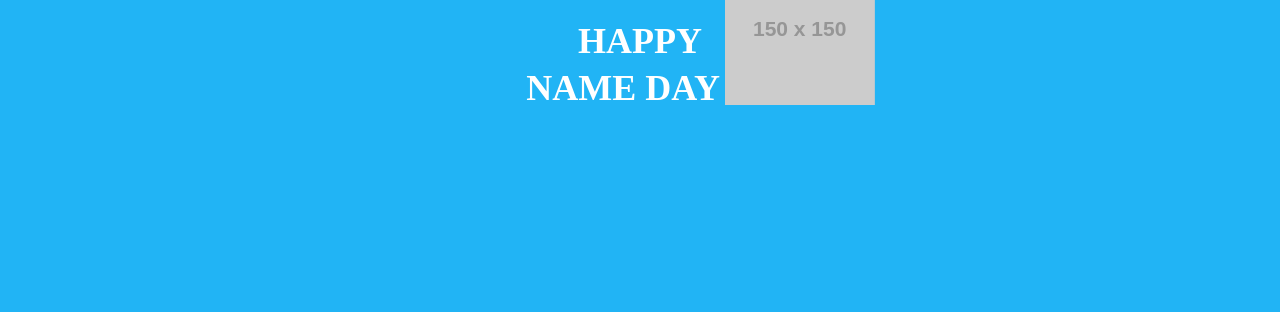
Repository: naps00/BIRTHDAY
Page: /details
The author's editor kept a copy of each file at every save. The page is drawn from the files as they stood at one save, then again after the next save.
The browser window is 1280 px wide. The pictures show the whole page.
The project was rebuilt for these pictures with package versions that can differ from the ones it lists, and the page was loaded fresh each time.

Above is the page before, as saved 2024-12-12 04:08:21.

### src/App.js
import React, { useState } from 'react';
import { BrowserRouter as Router, Route, Routes, Link } from 'react-router-dom';
import './App.css';
import Details from './details.js'; // นำเข้า Details.js

function Home() {
  const [showModal, setShowModal] = useState(false);

  // เมื่อวีดีโอจบ ให้แสดง modal
  const handleVideoEnd = () => {
    setShowModal(true);
  };

  return (
    <div className="App">
      <div className="container">
        <div className="text-section" style={{ flex: 1, display: 'flex', flexDirection: 'column', justifyContent: 'center', alignItems: 'center', textAlign: 'center', height: '100vh', color: 'black', fontSize: 'calc(3vw + 0vh)', fontWeight: 'bold' }}>
          <h2>HAPPY BIRTHDAY !!</h2>
          <p>MY LOVE ♡ </p>
          <img src="https://img2.pic.in.th/pic/fc8c0bdfae313c2ffd700a21b05915d6-removebg-preview.png" alt="Happy Birthday Decoration" style={{width: '200px', height: '200PX' }} />
        </div>

        <div className="video-section">
          <video
            className="video-player"
            controls
            onEnded={handleVideoEnd}
          >
            <source src="https://v1.pinimg.com/videos/mc/720p/3d/2a/3c/3d2a3ca4078af4f14258938781ed5f8e.mp4" type="video/mp4" />
            Your browser does not support the video tag.
          </video>
        </div>
      </div>

      {/* Modal */}
      {showModal && (
        <div className="modal-backdrop">
          <div className="modal-content">
            <h2>Are you ready?</h2>
            {/* เปลี่ยนปุ่ม "ปิด" ให้เป็นลิงค์ไปยังหน้า /details */}
            <Link to="/details">
              <button className="pulse">GO !!</button>
            </Link>
          </div>
        </div>
      )}

      {/* เพิ่มอิโมจิที่วิ้งๆ */}
      <div className="emoji">🌟</div>
      <div className="emoji2">✨</div>
      <div className="emoji3">💕</div>

    </div>
  );
}

function App() {
  return (
    <Router>
      <Routes>
        <Route path="/" element={<Home />} />
        <Route path="/details" element={<Details />} /> {/* เพิ่มเส้นทางสำหรับหน้า /details */}
      </Routes>
    </Router>
  );
}

export default App;

### src/App.css
/* การจัด layout ของแอปพลิเคชัน */
.App {
  background-color: white;
  min-height: 100vh;
  display: flex;
  justify-content: center;
  align-items: center;
}

/* ส่วนที่ใช้จัด layout */
.container {
  display: flex;
  flex-direction: row; /* แบ่งพื้นที่ออกเป็น 2 ส่วน */
  width: 100%;
  height: 100vh;
}

/* ส่วนข้อความ */
.text-section {
  flex: 1;
  display: flex;
  flex-direction: column;
  justify-content: center;
  align-items: center;
  padding: 20px;
  background-color: #f9f9f9;
}

.text-section h1 {
  margin-bottom: 20px;
}

/* ส่วนวีดีโอ */
.video-section {
  flex: 1;
  display: flex;
  justify-content: center;
  align-items: center;
  background-color: #000;
}

.video-player {
  width: 100%; /* ให้วีดีโอเต็มความกว้าง */
  height: 100%; /* ให้วีดีโอเต็มความสูง */
  object-fit: cover; /* ปรับวีดีโอให้เต็มพื้นที่โดยไม่เสียสัดส่วน */

/* การแสดง modal */
}
.modal-backdrop {
  position: fixed;
  top: 0;
  left: 0;
  width: 100%;
  height: 100%;
  background: rgba(0, 0, 0, 0.7);
  display: flex;
  justify-content: center;
  align-items: center;
  z-index: 100; /* ทำให้ modal อยู่เหนือสิ่งอื่น */
  animation: fadeInPop 0.5s ease-out;
}

/* เพิ่ม z-index ให้ modal-content */
.modal-content {
  background: white;
  padding: 20px;
  border-radius: 10px;
  text-align: center;
  box-shadow: 0 2px 10px rgba(0, 0, 0, 0.3);
  animation: slideUp 0.3s ease-out;
  z-index: 101; /* ทำให้เนื้อหาของ modal อยู่เหนือ backdrop */
}

/* การแอนิเมชัน fade-in และ pop-up สำหรับ modal backdrop */
@keyframes fadeInPop {
  0% {
    opacity: 0;
    transform: scale(0.8);
  }
  100% {
    opacity: 1;
    transform: scale(1);
  }
}

body {
  font-family: 'Coiny', cursive;
  margin: 0;
  padding: 0;
  box-sizing: border-box;
  background-color: #fef9ef;
  color: #333;
}

h1, h2, p {
  font-family: 'Coiny', cursive; /* ฟอนต์ใหม่สำหรับข้อความ */
}

button {
  font-family: 'Coiny', cursive;
  font-size: 1.2rem;
  background-color: #ff6f61;
  color: #fff;
  padding: 10px 20px;
  border: none;
  border-radius: 8px;
  cursor: pointer;
  transition: background-color 0.3s ease, transform 0.3s ease;
}

button:hover {
  background-color: #ff3d3d;
  transform: scale(1.1);
}

/* การแอนิเมชัน slide-up สำหรับ modal content */
@keyframes slideUp {
  0% {
    transform: translateY(20px);
    opacity: 0;
  }
  100% {
    transform: translateY(0);
    opacity: 1;
  }
}

.modal-content h2 {
  margin-bottom: 20px;
}

.modal-content button {
  padding: 10px 20px;
  background-color: #007bff;
  color: white;
  border: none;
  border-radius: 5px;
  cursor: pointer;
  transition: transform 0.3s ease, background-color 0.3s ease;
}

/* เอฟเฟกต์เมื่อ hover ปุ่ม */
.modal-content button:hover {
  background-color: #0056b3;
  transform: scale(1.1); /* ขยายขนาดปุ่มเมื่อ hover */
}

/* เอฟเฟกต์การเต้นของปุ่ม */
@keyframes pulse {
  0% {
    transform: scale(1);
    opacity: 1;
  }
  50% {
    transform: scale(1.1);
    opacity: 0.8;
  }
  100% {
    transform: scale(1);
    opacity: 1;
  }
}

.pulse {
  animation: pulse 1.5s infinite;
}

/* อิโมจิวิ้งๆ */
.emoji {
  position: fixed;
  top: 30%;
  right: 50%;
  font-size: 30px;
  animation: smoothBounce 1.4s infinite;
  z-index: 50; /* ทำให้ไอคอนอิโมจิอยู่ใต้ modal */
}
.emoji2 {
  position: fixed;
  top: 18%;
  right: 97%;
  font-size: 30px;
  animation: smoothBounce 1.5s infinite;
  z-index: 50; /* ทำให้ไอคอนอิโมจิอยู่ใต้ modal */
}
.emoji3 {
  position: fixed;
  top: 63%;
  right: 65%;
  font-size: 50px;
  animation: smoothBounce 3s infinite;
  z-index: 50; /* ทำให้ไอคอนอิโมจิอยู่ใต้ modal */
}
/* การกระพิบ */
/* @keyframes fadeInOut {
  0%, 100% {
    opacity: 0;
  }
  50% {
    opacity: 1;
  }
}

.fade {
  animation: fadeInOut 1s infinite;
} */

/* การแอนิเมชันวิ้ง */
@keyframes smoothBounce {
  0%, 100% {
    transform: translateY(0);
    opacity: 1;
  }
  25% {
    transform: translateY(-1px);
    opacity: 1;
  }
  50% {
    transform: translateY(-1px);
    opacity: 1;
  }
  75% {
    transform: translateY(5px);
    opacity: 1;
  }
}


/* การแอนิเมชัน zoom-in */
@keyframes zoomIn {
  0% {
    transform: scale(0.8);
    opacity: 0;
  }
  100% {
    transform: scale(1);
    opacity: 1;
  }
}

.zoom-in {
  animation: zoomIn 0.4s ease-out;
}

/* เอฟเฟกต์ fade-in สำหรับเนื้อหาที่โหลด */
.fade-in {
  opacity: 0;
  animation: fadeIn 1s forwards;
}

@keyframes fadeIn {
  from {
    opacity: 0;
  }
  to {
    opacity: 1;
  }
}

### src/details.js
import React, { useState, useEffect } from 'react';
import './details.css';

function DetailsPage() {
  const [isBlue, setIsBlue] = useState(true);

  // ฟังก์ชันเพื่อสลับสีพื้นหลังทุก 2 วินาที
  useEffect(() => {
    const interval = setInterval(() => {
      setIsBlue((prev) => !prev);
    }, 2000); // สลับทุก 2 วินาที

    return () => clearInterval(interval); // เคลียร์ interval เมื่อคอมโพเนนต์ถูก unmount
  }, []);

  return (
    <div className={`details-page ${isBlue ? 'blue' : 'pink'}`}>
      <div className="content">
        <h1>
          HAPPY <br />
          NAME DAY ꒰⁺
        </h1>
      </div>
      <div className="card-stack">
        {/* ใส่ภาพที่ต้องการ */}
        <img src="https://via.placeholder.com/150" alt="card" className="card" />
        <img src="https://via.placeholder.com/150" alt="card" className="card" />
        <img src="https://via.placeholder.com/150" alt="card" className="card" />
      </div>
    </div>
  );
}

export default DetailsPage;

### src/details.css
.details-page {
  display: flex;
  justify-content: center; /* จัดให้ข้อความอยู่กลางแนวนอน */
  align-items: flex-start; /* จัดให้ข้อความอยู่ที่ด้านบนสุด */
  height: 100vh;
  transition: background-color 2s ease-in-out;
}

.details-page.blue {
  background-color: #00bfff; /* ฟ้าสด */
}

.details-page.pink {
  background-color: #ff69b4; /* ชมพูสด */
}

.content h1 {
  font-size: 36px;
  font-weight: bold;
  color: white;
  text-align: center;
  margin: 0;
  padding-top: 20px; /* ระยะห่างจากขอบบน */
}

.card-stack {
  position: relative;
  display: flex;
  justify-content: center;
  align-items: center;
  margin-top: 30px;
}

.card {
  position: absolute;
  animation: shuffle 2s infinite alternate; /* ใช้ animation สำหรับการเคลื่อนไหว */
  width: 150px;
  height: 150px;
  z-index: 1;
}

/* สร้างการเคลื่อนไหวที่ดูเหมือนสับไพ่ */
@keyframes shuffle {
  0% {
    transform: translateX(-50px); /* เคลื่อนที่ไปทางซ้าย */
    z-index: 2;
  }
  100% {
    transform: translateX(50px); /* เคลื่อนที่ไปทางขวา */
    z-index: 1;
  }
}

Loaded but not shown: public/index.html (common file); src/index.js (common file); src/index.css (common file); src/reportWebVitals.js (common file)

After the next save:
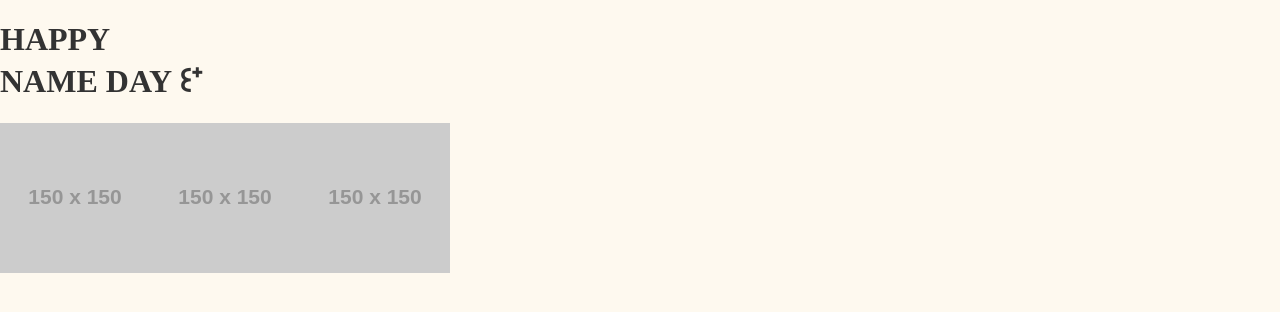
Saved 50 s later.
--- a/src/details.js
+++ b/src/details.js
@@ -1,5 +1,5 @@
 import React, { useState, useEffect } from 'react';
-import './details.css';
+import './App.css';
 
 function DetailsPage() {
   const [isBlue, setIsBlue] = useState(true);
@@ -23,9 +23,9 @@
       </div>
       <div className="card-stack">
         {/* ใส่ภาพที่ต้องการ */}
-        <img src="https://via.placeholder.com/150" alt="card" className="card" />
-        <img src="https://via.placeholder.com/150" alt="card" className="card" />
-        <img src="https://via.placeholder.com/150" alt="card" className="card" />
+        <img src="https://via.placeholder.com/150" alt="card" className="card card1" />
+        <img src="https://via.placeholder.com/150" alt="card" className="card card2" />
+        <img src="https://via.placeholder.com/150" alt="card" className="card card3" />
       </div>
     </div>
   );

After the save that followed:
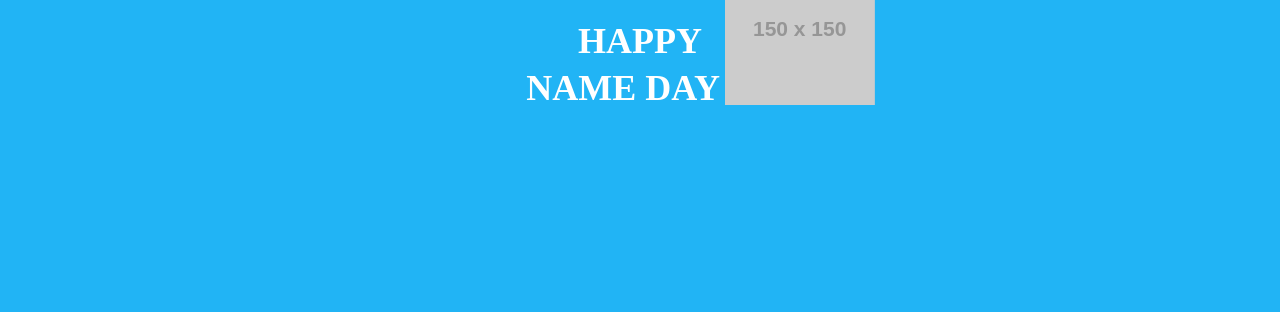
Saved 17 s later.
--- a/src/details.js
+++ b/src/details.js
@@ -1,5 +1,5 @@
 import React, { useState, useEffect } from 'react';
-import './App.css';
+import './details.css';
 
 function DetailsPage() {
   const [isBlue, setIsBlue] = useState(true);
